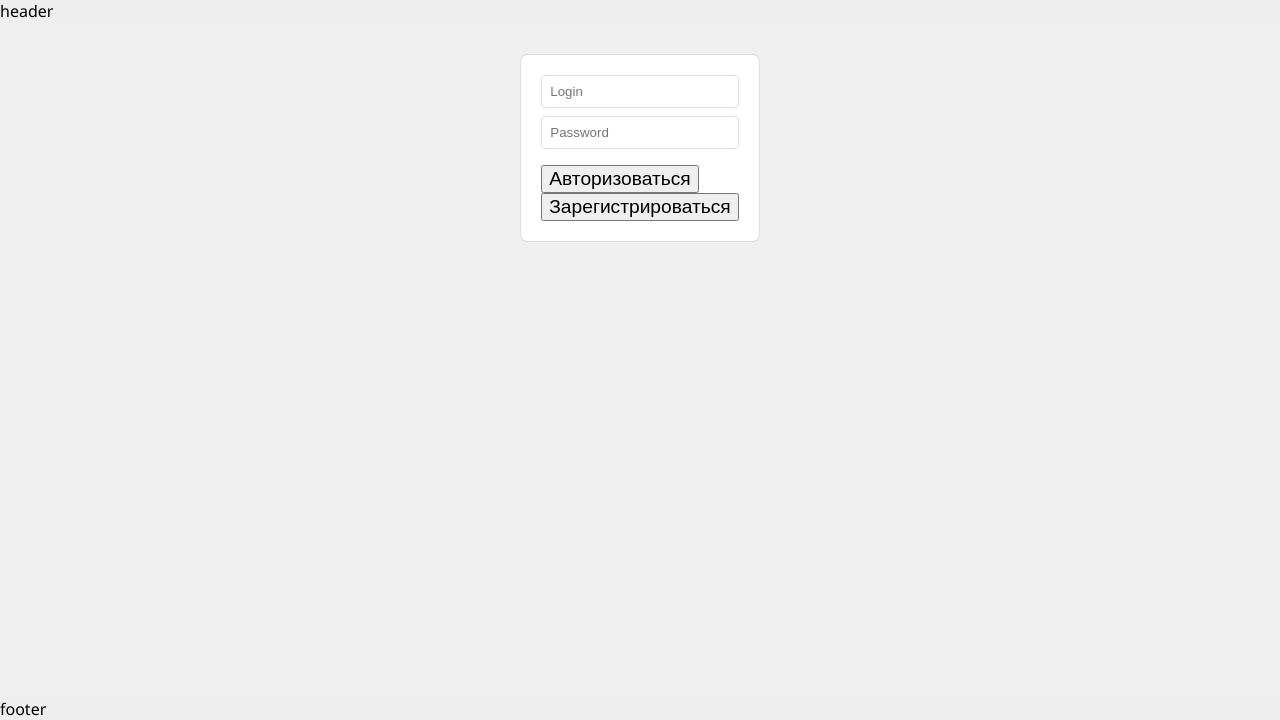
Repository: slep0y/fakeAuth
Page: index.html
These files come from the project's save history. The page is drawn as it stood at one moment and after the next save; the edit follows.
The browser window is 1280 px wide. The pictures show the whole page.
The style sheet was rebuilt from its Sass, Less or Tailwind sources for each picture, by a compiler version that may differ from the author's.

Above is the page before, as saved 2025-01-19 18:09:58.

After the next save:
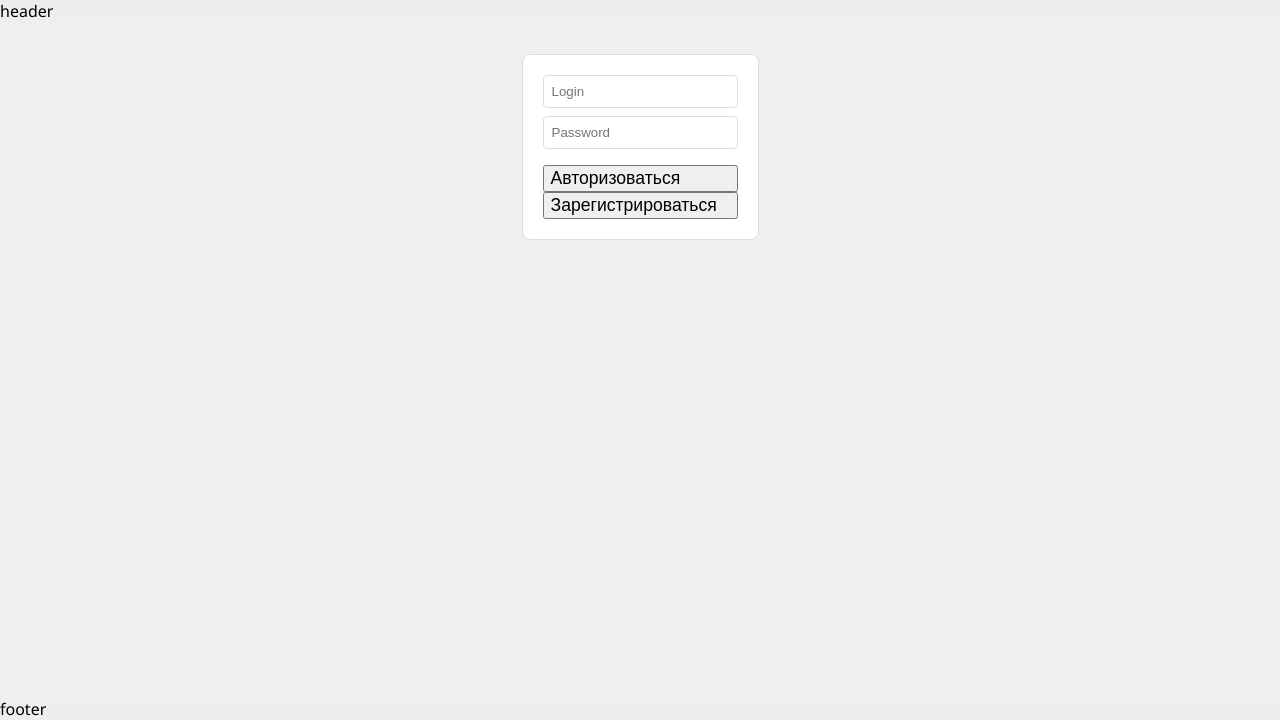
Saved 13 s later.
--- a/styles/blocks/button/_button.scss
+++ b/styles/blocks/button/_button.scss
@@ -2,5 +2,6 @@
     display: flex;
     justify-content: space-between;
     align-items: center;
-    font-size: 1.2rem;
+    font-size: 1.1rem;
+    width: 100%;
 }
